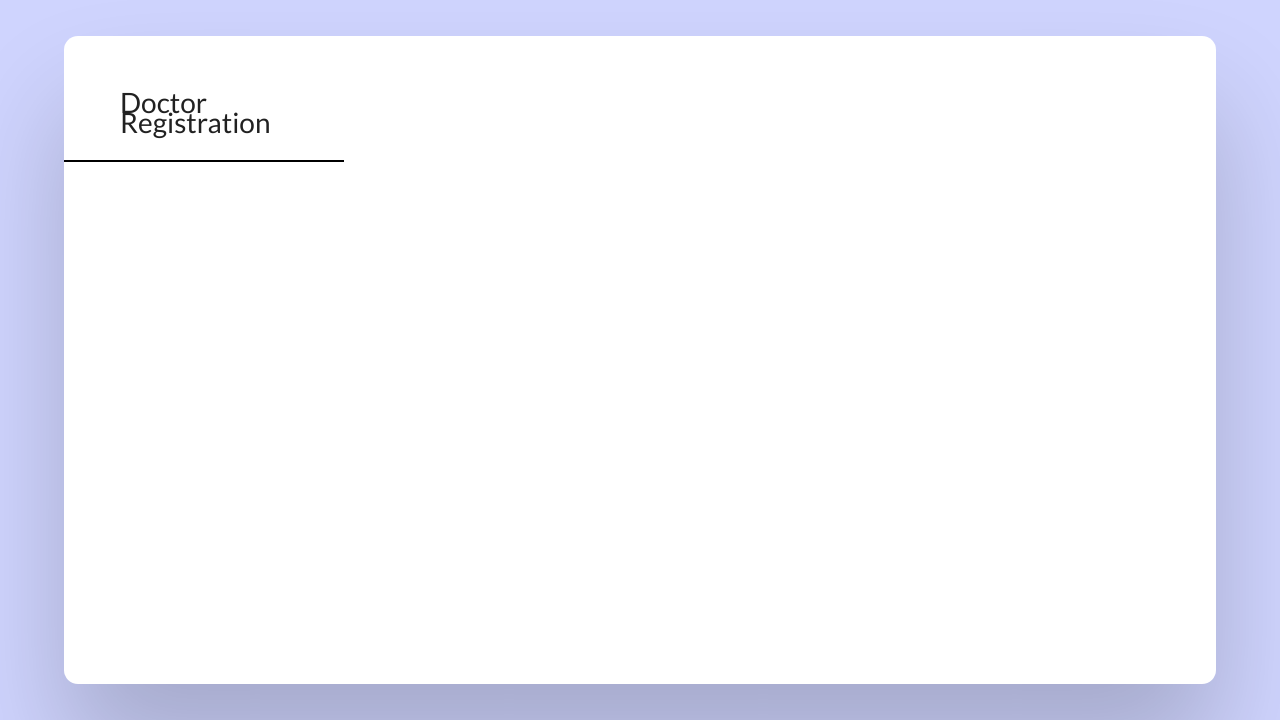
Repository: ajayaj2001/healthcare-digitization
Page: /doctorForm
The author's editor kept a copy of each file at every save. The page is drawn from the files as they stood at one save, then again after the next save.
The browser window is 1280 px wide. The pictures show the whole page.
The project was rebuilt for these pictures with package versions that can differ from the ones it lists, and the page was loaded fresh each time. Also part of the build but not shown: src/component/userType/UserType.scss, src/component/userType/UserType.js, src/component/login/Login.scss, src/component/login/loginForm/LoginForm.scss, src/component/login/loginForm/LoginForm.js, src/component/login/Login.js, src/component/register/Register.scss, src/component/register/registerForm/RegisterForm.scss and 2 more.

Above is the page before, as saved 2021-03-13 10:37:42.

### public/index.html
<!DOCTYPE html>
<html lang="en">

<head>
  <meta charset="utf-8" />
  <meta name="viewport" content="width=device-width, initial-scale=1" />
  <meta name="theme-color" content="#000000" />
  <meta name="description" content="Web site created using create-react-app" />
  <link rel="stylesheet" href="https://fonts.googleapis.com/css?family=Roboto:300,400,500,700&display=swap" />
  <link rel="stylesheet" href="https://fonts.googleapis.com/icon?family=Material+Icons" />

  <!--
      manifest.json provides metadata used when your web app is installed on a
      user's mobile device or desktop. See https://developers.google.com/web/fundamentals/web-app-manifest/
    -->
  <!-- <link rel="manifest" href="%PUBLIC_URL%/manifest.json" /> -->
  <!--
      Notice the use of %PUBLIC_URL% in the tags above.
      It will be replaced with the URL of the `public` folder during the build.
      Only files inside the `public` folder can be referenced from the HTML.

      Unlike "/favicon.ico" or "favicon.ico", "%PUBLIC_URL%/favicon.ico" will
      work correctly both with client-side routing and a non-root public URL.
      Learn how to configure a non-root public URL by running `npm run build`.
    -->
  <title>medical</title>
</head>

<body>
  <noscript>You need to enable JavaScript to run this app.</noscript>
  <div id="root"></div>
  <!--
      This HTML file is a template.
      If you open it directly in the browser, you will see an empty page.

      You can add webfonts, meta tags, or analytics to this file.
      The build step will place the bundled scripts into the <body> tag.

      To begin the development, run `npm start` or `yarn start`.
      To create a production bundle, use `npm run build` or `yarn build`.
    -->
</body>

</html>

### src/index.js
import React from 'react';
import ReactDOM from 'react-dom';
import './index.scss';
import App from './component/app/App';
import 'semantic-ui-css/semantic.min.css'


ReactDOM.render(
  // <React.StrictMode>
    <App />
  // </React.StrictMode>
  ,
  document.getElementById('root')
);

### src/index.scss
code {
  font-family: source-code-pro, Menlo, Monaco, Consolas, "Courier New", monospace;
}
@mixin respond($breakpoint) {
  @if $breakpoint == phone {
    @media (max-width: 37.5em) {
      @content;
    }
  }

  @if $breakpoint == tab-land {
    @media (max-width: 75em) {
      @content;
    }
  }
  @if $breakpoint == tab-port {
    @media (max-width: 56.25em) {
      @content;
    }
  }
  @if $breakpoint == big-desktop {
    @media (min-width: 112.5em) {
      @content;
    }
  }
}

*,
*::after,
*::before {
  margin: 0;
  padding: 0;
  box-sizing: inherit;
}
body {
  font-family: "Lato", sans-serif;
  font-weight: 400;
  font-size: 16px;
  line-height: 1.7;
  color: #777;
  //padding: 30px;
  box-sizing: border-box;
  @include respond(tab-port) {
    padding: 0;
  }
}

html {
  font-size: 62.5%; //1rem=10px 10px/16px=62.5%
  @include respond(tab-land) {
    //width <1200
    font-size: 56.25%; //1rem=9px
  }
  @include respond(tab-port) {
    //<width <900
    font-size: 50%; //1rem=8px
  }
  // @include respond(phone) {
  //     //<width<600
  //     font-size: 40%; //1rem=4.8px
  // }
  @include respond(big-desktop) {
    //>1200
    font-size: 75%; //1rem=12
  }
}

### src/component/app/App.js
import './App.scss';

import UserType from "../userType/UserType";
import Login from '../login/Login';
import Register from '../register/Register';
import { BrowserRouter as Router,Route,Switch } from 'react-router-dom';
import DoctorForm from '../doctorForm/DoctorForm';

function App() {
  return (
    <Router>
       <Switch>
          <Route path="/login">
           <Login/>
          </Route>
          <Route path="/register">
           <Register/>
          </Route>
          <Route path="/doctorForm">
            <DoctorForm/>
          </Route>
          <Route path="/">
            <UserType/>
          </Route>

        </Switch>
    {/* <div className="App">
    </div> */}
    </Router>
  );
}

export default App;

### src/component/doctorForm/DoctorForm.js
import React from 'react'
import './DoctorForm.scss'
import { Form, Input, TextArea, Button, Select } from 'semantic-ui-react'

const DoctorForm = () => {
    return (
        <div className="doctorForm__container">
            <div className="doctorForm__main">
                <div className="doctorForm__heading">Doctor Registration</div>
            </div>
        </div>
    )
}

export default DoctorForm

### src/component/doctorForm/DoctorForm.scss
.doctorForm{
    &__container{
        margin: 0;
        background-color: #cfd4fe;
        height: 100vh;
        display: flex;
        justify-content: center;
        align-items: center;
    }
    &__main{
        background-color: white;
        width: 90%;
        height: 90%;
        border-radius: 1rem;
        align-items: center;
        overflow: hidden;
        box-shadow: 0 5rem 8rem rgba(black, 0.2);
    }
   &__heading{
       font-size: 2rem;
       padding: 4rem 0rem 2rem 4rem;
       border-bottom: .2rem solid black;
       width: 20rem;
   }
}

Loaded but not shown: src/component/app/App.scss (no stored copy; drawn as an empty file)

After the next save:
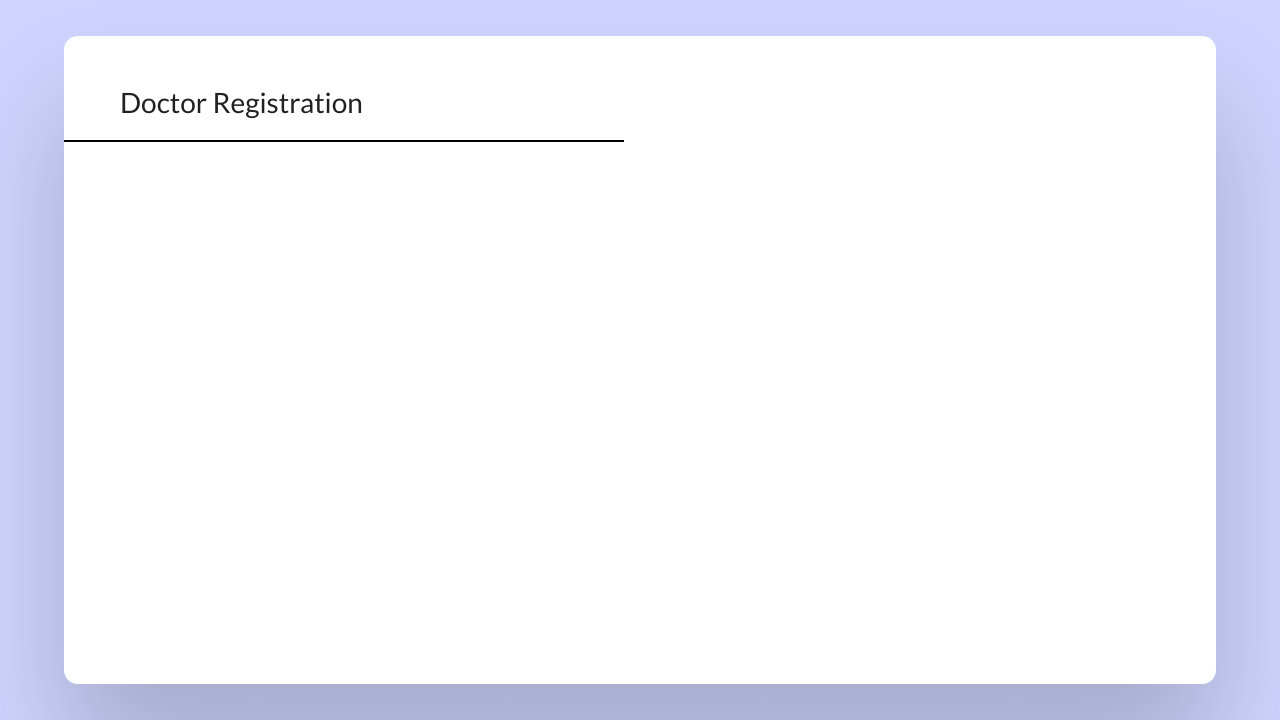
Saved 5 s later.
--- a/src/component/doctorForm/DoctorForm.scss
+++ b/src/component/doctorForm/DoctorForm.scss
@@ -20,6 +20,6 @@
        font-size: 2rem;
        padding: 4rem 0rem 2rem 4rem;
        border-bottom: .2rem solid black;
-       width: 20rem;
+       width: 40rem;
    }
 }
